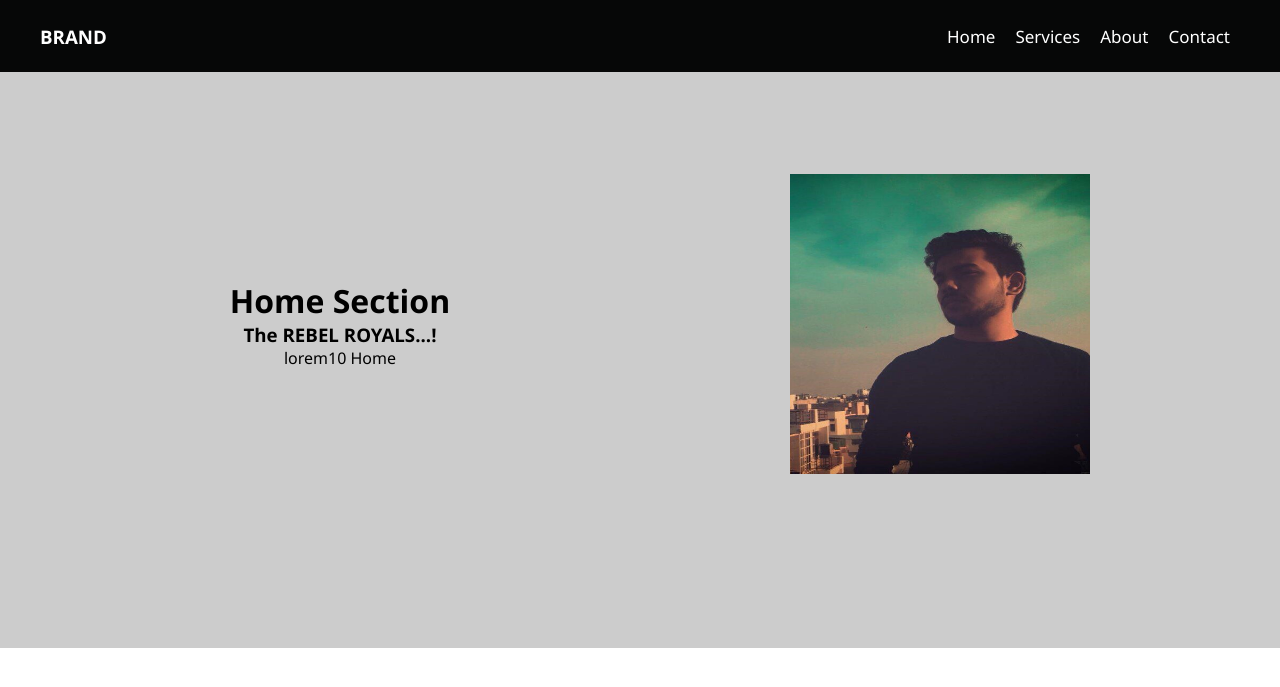
Repository: hemantsaini-7/React_Basics
Page: / (app in webreact/)
An editor plug-in stored every save of this project. The page is shown before and after the next save, followed by the edit.
The browser window is 1280 px wide. The pictures show the whole page.
The project was rebuilt for these pictures with package versions that can differ from the ones it lists, and the page was loaded fresh each time. Also part of the build but not shown: webreact/src/components/Card.js, webreact/src/components/Services.js, webreact/src/components/About.js, webreact/src/components/Contact.js.

Above is the page before, as saved 2020-11-02 15:29:57.

After the next save:
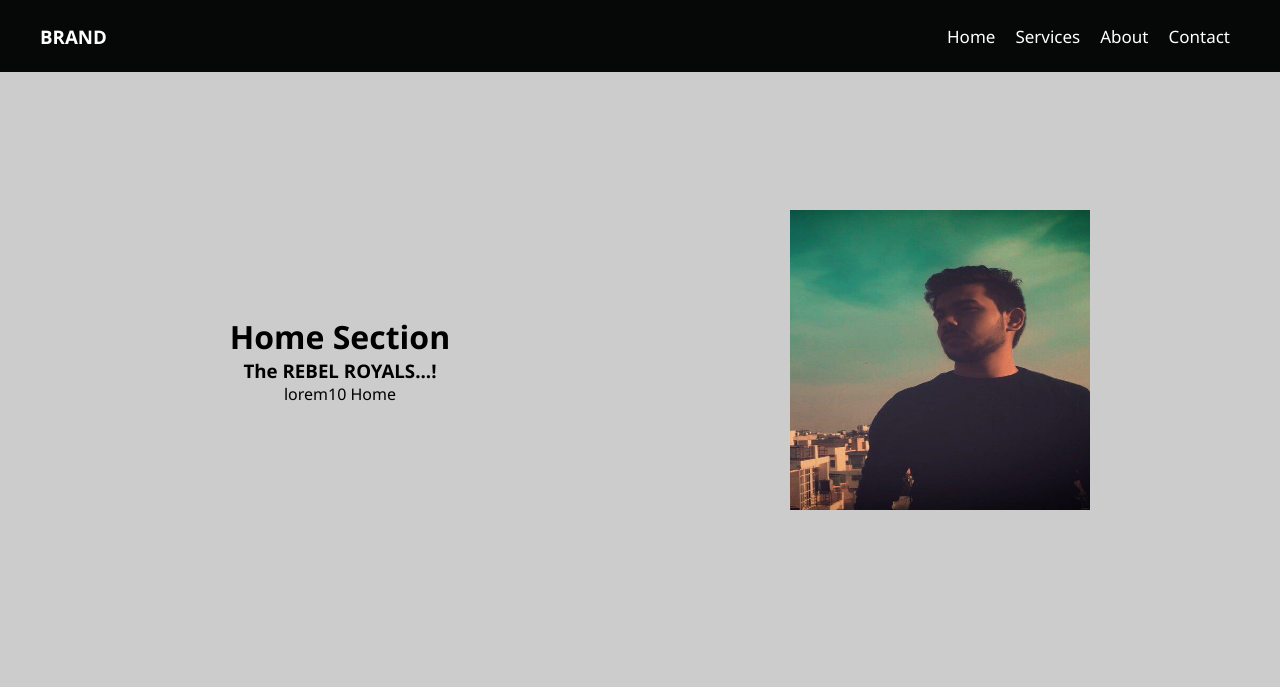
Saved 9 s later.
--- a/webreact/src/App.css
+++ b/webreact/src/App.css
@@ -36,7 +36,7 @@ nav h3 {
   grid-template-columns: repeat(2, 1fr);
   margin: auto;
   padding: 40px;
-  height: 90vh;
+  height: 100vh;
 }
 .left,
 .right {
